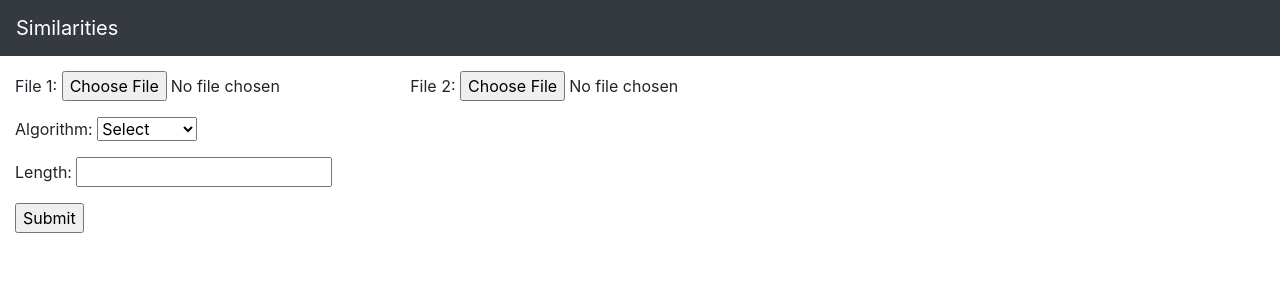
Repository: AllardQuek/CS50x
Page: http://localhost/
The author's editor kept a record of every edit. The page is drawn from the files as they stood at one moment, then again after the next edit.
The browser window is 1280 px wide. The pictures show the whole page.
Some web libraries are served in a nearby version. The page is served by the project's application, run on Flask 3 (pset7/similarities/application.py). Other server files are loaded and not shown.

Above is the page before.

### pset7/similarities/templates/index.html
{% extends "layout.html" %}

{% block body %}

    <div class="col">
        <form action="/compare" enctype="multipart/form-data" method="post">

            <!-- TODO -->
            <div class="form-group">
                File 1: <input type="file" name="FILE1">
                File 2: <input type="file" name="FILE2">
            </div>
            <div class="form-group">

                Algorithm:
                <select name="algorithm">
                    <option disabled selected>Select</option>
                    <option value="lines">lines</option>
                    <option value="sentences">sentences</option>
                    <option value="substring">substring</option>
                </select>

            </div>
            <div class="form-group">
                Length: <input type="number" name="length">
            </div>
            <input type="submit">

        </form>
    </div>

{% endblock %}

### pset7/similarities/templates/layout.html
<!DOCTYPE html>

<html lang="en">
    <head>

        <!-- Required meta tags -->
        <meta charset="utf-8"/>
        <meta name="viewport" content="width=device-width, initial-scale=1, shrink-to-fit=no"/>

        <!-- Bootstrap CSS -->
        <link href="https://maxcdn.bootstrapcdn.com/bootstrap/4.0.0-beta/css/bootstrap.min.css" rel="stylesheet"/>

        <link href="/static/styles.css" rel="stylesheet"/>

        <title>Similarities</title>

    </head>
    <body>

        <nav class="navbar fixed-top navbar-dark bg-dark">
            <a class="navbar-brand" href="/">Similarities</a>
        </nav>

        <div class="container-fluid">
            <div class="row">
                {% block body %}{% endblock %}
            </div>
        </div>

        <!-- Optional JavaScript -->
        <script src="https://code.jquery.com/jquery-3.2.1.slim.min.js"></script>
        <script src="https://cdnjs.cloudflare.com/ajax/libs/popper.js/1.11.0/umd/popper.min.js"></script>
        <script src="https://maxcdn.bootstrapcdn.com/bootstrap/4.0.0-beta/js/bootstrap.min.js"></script>

    </body>
</html>

Loaded but not shown: pset7/similarities/application.py (common file); pset7/similarities/static/styles.css (common file)

After the next edit:
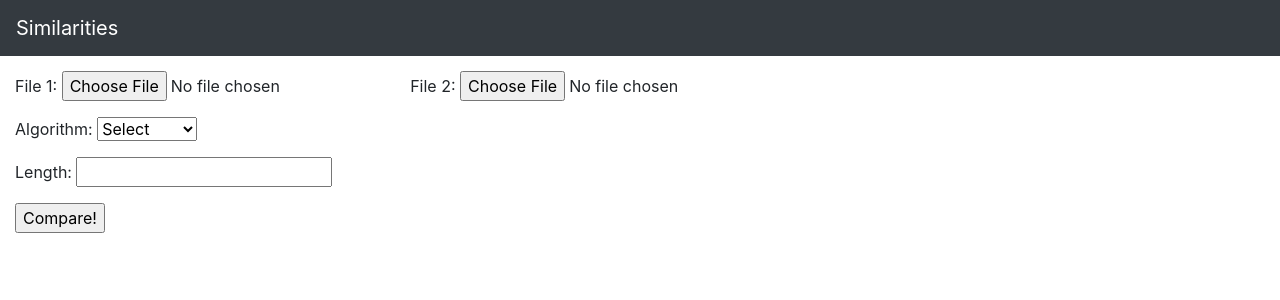
The edit:
--- a/pset7/similarities/templates/index.html
+++ b/pset7/similarities/templates/index.html
@@ -24,7 +24,7 @@
             <div class="form-group">
                 Length: <input type="number" name="length">
             </div>
-            <input type="submit">
+            <button type="submit">Compare!</button>
 
         </form>
     </div>
